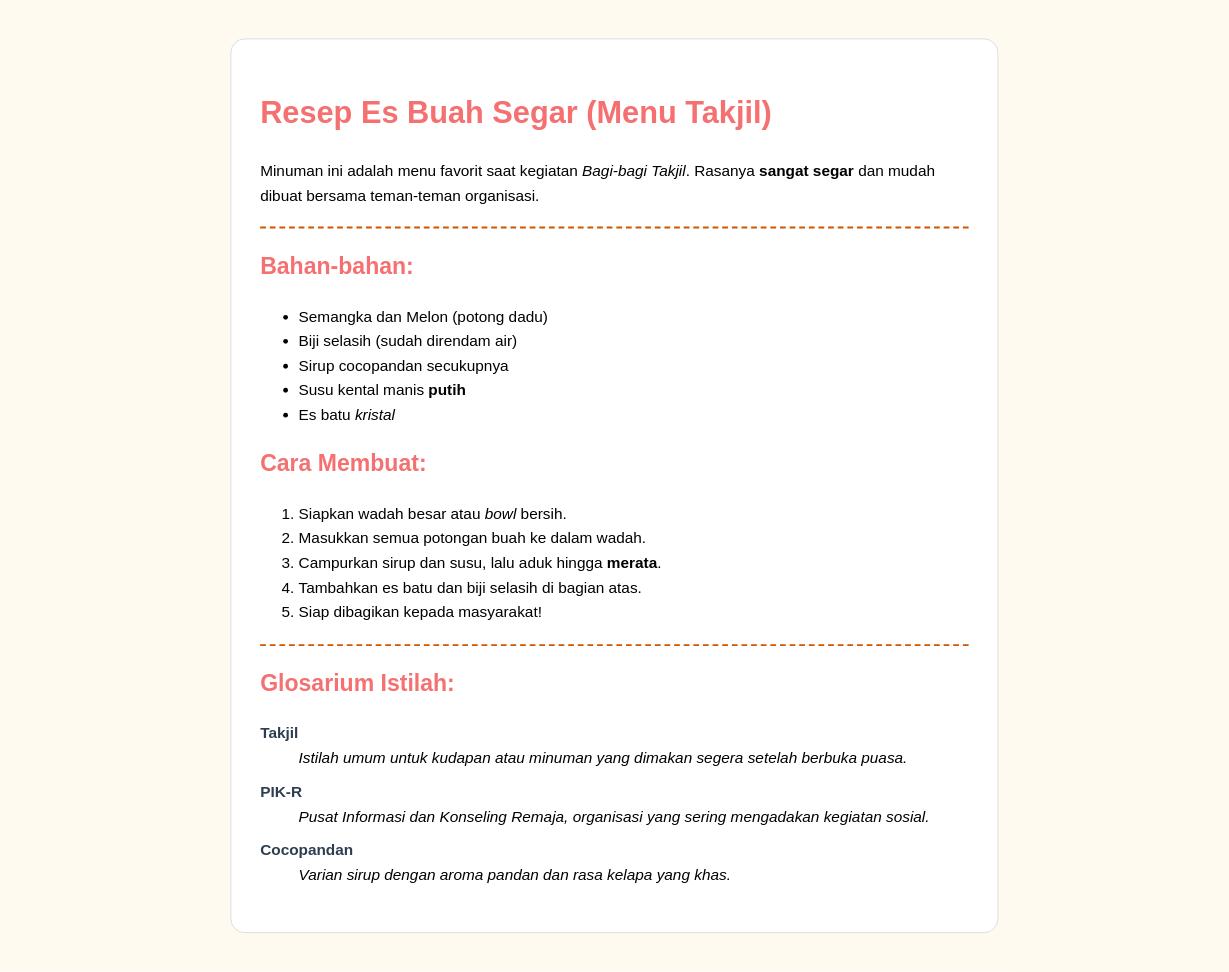
Repository: sekartazivi/241552010020-Web-Application-Development
Page: tugas pertemuan 2/latihan3.html
An editor plug-in stored every save of this project. The page is shown before and after the next save, followed by the edit.
The browser window is 1280 px wide. The pictures show the whole page, at 96% of full size.

Above is the page before, as saved 2026-02-23 14:31:24.

### tugas pertemuan 2/latihan3.html
<!DOCTYPE html>
<html lang="id">
<head>
    <meta charset="UTF-8">
    <title>Resep Takjil Segar - Denvi Sekartazi</title>
    <style>
        body { font-family: sans-serif; line-height: 1.6; max-width: 800px; margin: 20px auto; padding: 20px; background-color: #fffaf0; }
        .recipe-card { background: white; padding: 30px; border-radius: 15px; border: 1px solid #ddd; }
        h1, h2 { color: #f57070; }
        dt { font-weight: bold; color: #2c3e50; margin-top: 10px; }
        dd { font-style: italic; color: #000000; }
        hr { border: 0; border-top: 2px dashed #d35400; margin: 20px 0; }
    </style>
</head>
<body>

<div class="recipe-card">
    <h1>Resep Es Buah Segar (Menu Takjil)</h1>
    <p>Minuman ini adalah menu favorit saat kegiatan <em>Bagi-bagi Takjil</em>. Rasanya <strong>sangat segar</strong> dan mudah dibuat bersama teman-teman organisasi.</p>

    <hr>

    <h2>Bahan-bahan:</h2>
    <ul>
        <li>Semangka dan Melon (potong dadu)</li>
        <li>Biji selasih (sudah direndam air)</li>
        <li>Sirup cocopandan secukupnya</li>
        <li>Susu kental manis <strong>putih</strong></li>
        <li>Es batu <em>kristal</em></li>
    </ul>

    <h2>Cara Membuat:</h2>
    <ol>
        <li>Siapkan wadah besar atau <em>bowl</em> bersih.</li>
        <li>Masukkan semua potongan buah ke dalam wadah.</li>
        <li>Campurkan sirup dan susu, lalu aduk hingga <strong>merata</strong>.</li>
        <li>Tambahkan es batu dan biji selasih di bagian atas.</li>
        <li>Siap dibagikan kepada masyarakat!</li>
    </ol>

    <hr>

    <h2>Glosarium Istilah:</h2>
    <dl>
        <dt>Takjil</dt>
        <dd>Istilah umum untuk kudapan atau minuman yang dimakan segera setelah berbuka puasa.</dd>

        <dt>PIK-R</dt>
        <dd>Pusat Informasi dan Konseling Remaja, organisasi yang sering mengadakan kegiatan sosial.</dd>

        <dt>Cocopandan</dt>
        <dd>Varian sirup dengan aroma pandan dan rasa kelapa yang khas.</dd>
    </dl>
</div>

</body>
</html>

After the next save:
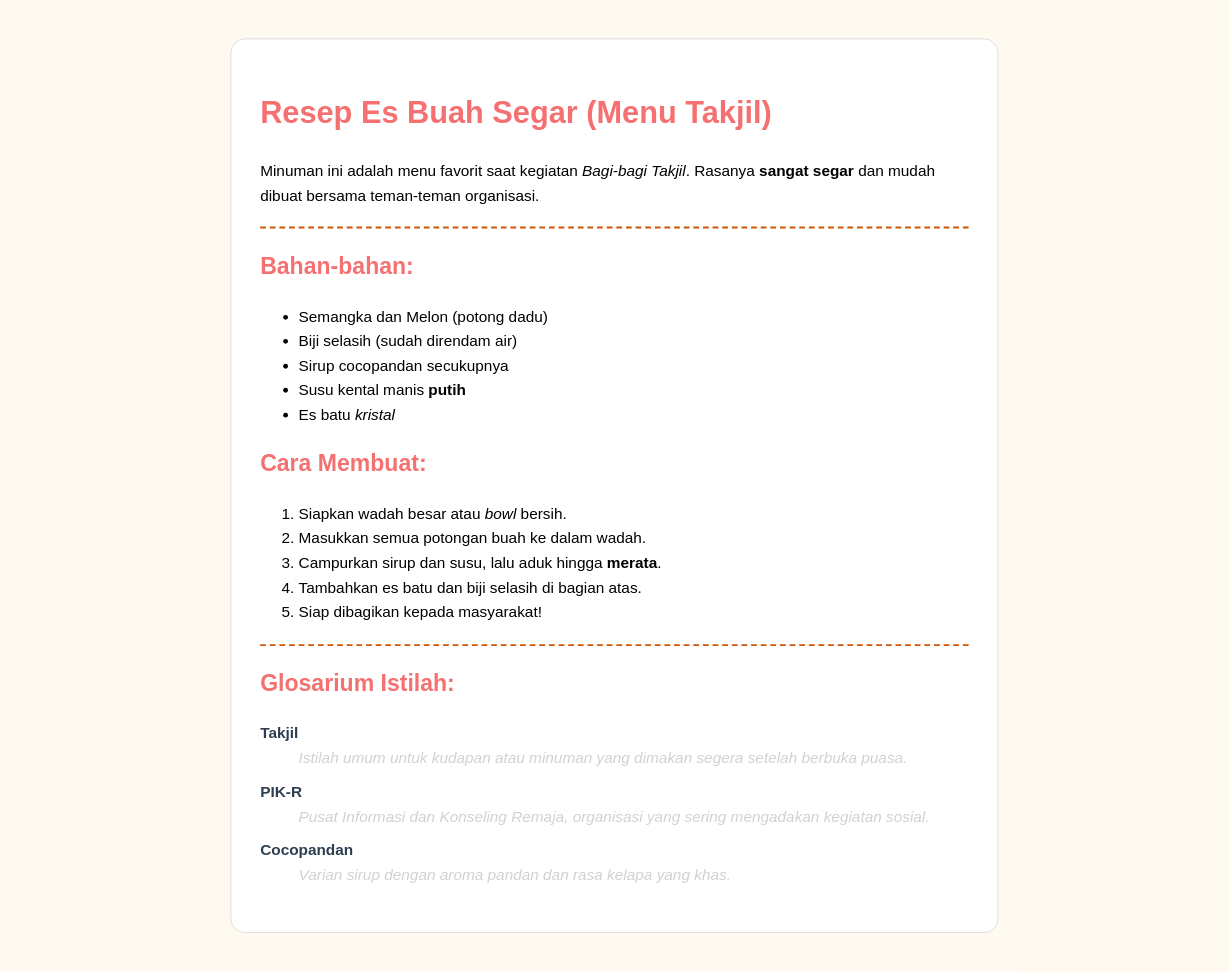
Saved 21 s later.
--- a/tugas pertemuan 2/latihan3.html
+++ b/tugas pertemuan 2/latihan3.html
@@ -8,7 +8,7 @@
         .recipe-card { background: white; padding: 30px; border-radius: 15px; border: 1px solid #ddd; }
         h1, h2 { color: #f57070; }
         dt { font-weight: bold; color: #2c3e50; margin-top: 10px; }
-        dd { font-style: italic; color: #000000; }
+        dd { font-style: italic; color: #d3d0d0; }
         hr { border: 0; border-top: 2px dashed #d35400; margin: 20px 0; }
     </style>
 </head>
